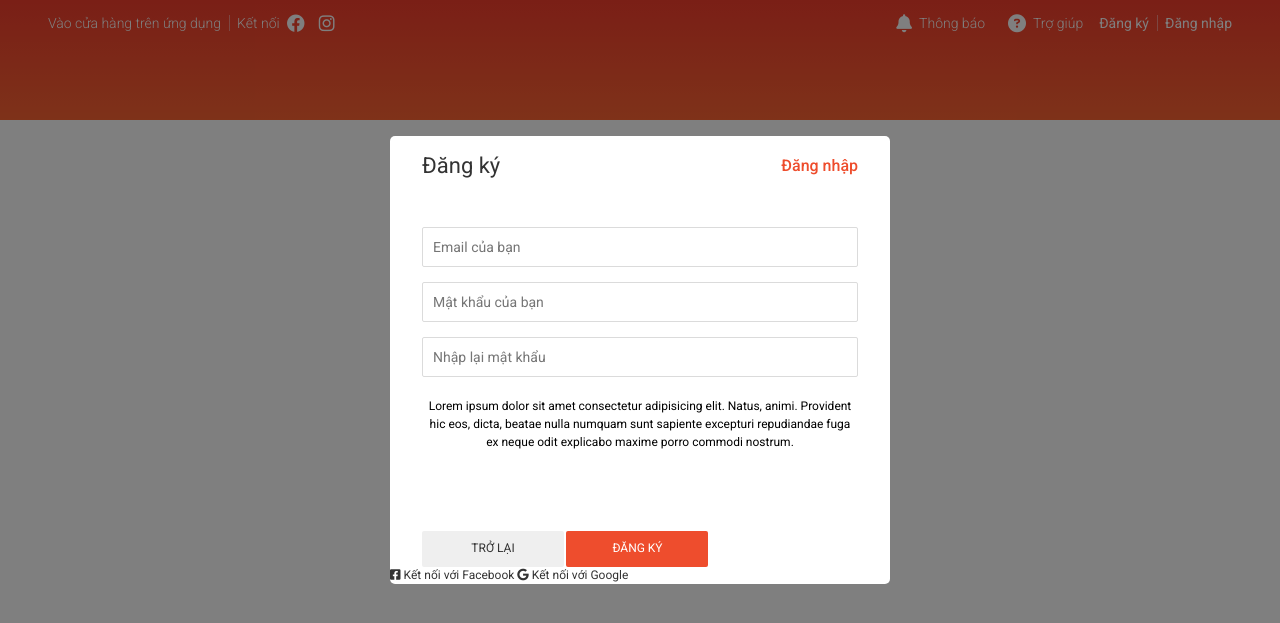
Repository: dptuyen1/F8-Tutorial
Page: index.html
These files come from the project's save history. The page is drawn as it stood at one moment and after the next save; the edit follows.
The browser window is 1280 px wide. The pictures show the whole page.
The pointer rests on the first visible `.btn`.

Above is the page before, as saved 2023-05-08 17:17:11.

### index.html
<!DOCTYPE html>
<html lang="en">
  <head>
    <meta charset="UTF-8" />
    <meta http-equiv="X-UA-Compatible" content="IE=edge" />
    <meta name="viewport" content="width=device-width, initial-scale=1.0" />
    <title>Document</title>
    <link
      rel="stylesheet"
      href="https://cdnjs.cloudflare.com/ajax/libs/normalize/8.0.1/normalize.min.css"
      integrity="sha512-NhSC1YmyruXifcj/KFRWoC561YpHpc5Jtzgvbuzx5VozKpWvQ+4nXhPdFgmx8xqexRcpAglTj9sIBWINXa8x5w=="
      crossorigin="anonymous"
      referrerpolicy="no-referrer"
    />
    <link rel="stylesheet" href="assets/css/base.css" />
    <link rel="stylesheet" href="assets/css/main.css" />
    <link
      rel="stylesheet"
      href="assets/fonts/fontawesome-free-6.4.0-web/css/all.min.css"
    />
    <link rel="preconnect" href="https://fonts.googleapis.com" />
    <link rel="preconnect" href="https://fonts.gstatic.com" crossorigin />
    <link
      href="https://fonts.googleapis.com/css2?family=Roboto:wght@300;400;500;700&display=swap"
      rel="stylesheet"
    />
  </head>

  <body>
    <div class="app">
      <header class="header">
        <div class="grid">
          <nav class="header__navbar">
            <ul class="header__navbar-list">
              <li
                class="header__navbar-item header__navbar-item-has-qr header__navbar-item-separate"
              >
                Vào cửa hàng trên ứng dụng
                <div class="header__qr">
                  <img
                    src="assets/img/qr_code.png"
                    alt="QR Cođe"
                    class="header__qr-img"
                  />
                  <div class="header__qr-apps">
                    <a href="" class="header__qr-link">
                      <img
                        src="assets/img/google_play.png"
                        alt="Google Play"
                        class="header__qr-download-img"
                      />
                    </a>
                    <a href="" class="header__qr-link">
                      <img
                        src="assets/img/app_store.png"
                        alt="App Store"
                        class="header__qr-download-img"
                      />
                    </a>
                  </div>
                </div>
              </li>
              <li class="header__navbar-item">
                <span class="header__navbar-title-no-pointer">Kết nối</span>
                <a href="" class="header__navbar-icon-link">
                  <i class="header__navbar-icon fa-brands fa-facebook"></i>
                </a>
                <a href="" class="header__navbar-icon-link">
                  <i class="header__navbar-icon fa-brands fa-instagram"></i>
                </a>
              </li>
            </ul>
            <ul class="header__navbar-list">
              <li class="header__navbar-item header__navbar-item--has-notify">
                <a href="" class="header__navbar-item-link">
                  <a href="" class="header__navbar-icon-link">
                    <i class="header__navbar-icon fa-solid fa-bell"></i> </a
                  >Thông báo
                </a>
                <div class="header__notify">
                  <header class="header__notify-header">
                    <h3>Thông báo mới nhận</h3>
                  </header>
                  <ul class="header__notify-list">
                    <li class="header__notify-item">
                      <a href="" class="header_notify-link">
                        <img
                          src="assets/img/comestic.jpg"
                          alt=""
                          class="header__notify-img"
                        />
                        <div class="header__notify-info">
                          <span class="header_notify-name"
                            >Mỹ phẩm Ohui chính hãng</span
                          >
                          <span class="header__notify-description"
                            >Mô tả mỹ tả Ohui chính hãng</span
                          >
                        </div>
                      </a>
                    </li>
                    <li class="header__notify-item header__notify-item--read">
                      <a href="" class="header_notify-link">
                        <img
                          src="assets/img/comestic.jpg"
                          alt=""
                          class="header__notify-img"
                        />
                        <div class="header__notify-info">
                          <span class="header_notify-name"
                            >Mỹ phẩm Ohui chính hãng</span
                          >
                          <span class="header__notify-description"
                            >Mô tả mỹ tả Ohui chính hãng</span
                          >
                        </div>
                      </a>
                    </li>
                    <li class="header__notify-item">
                      <a href="" class="header_notify-link">
                        <img
                          src="assets/img/comestic.jpg"
                          alt=""
                          class="header__notify-img"
                        />
                        <div class="header__notify-info">
                          <span class="header_notify-name"
                            >Mỹ phẩm Ohui chính hãng</span
                          >
                          <span class="header__notify-description"
                            >Mô tả mỹ tả Ohui chính hãng</span
                          >
                        </div>
                      </a>
                    </li>
                  </ul>
                  <footer class="header__notify-footer">
                    <a href="" class="header__notify-footer-btn">Xem tất cả</a>
                  </footer>
                </div>
              </li>
              <li class="header__navbar-item">
                <a href="" class="header__navbar-item-link">
                  <a href="" class="header__navbar-icon-link">
                    <i
                      class="header__navbar-icon fa-solid fa-circle-question"
                    ></i></a
                  >Trợ giúp
                </a>
              </li>
              <li
                class="header__navbar-item header__navbar-item-bold header__navbar-item-separate"
              >
                Đăng ký
              </li>
              <li class="header__navbar-item header__navbar-item-bold">
                Đăng nhập
              </li>
            </ul>
          </nav>
        </div>
      </header>

      <div class="container"></div>

      <footer class="footer"></footer>
    </div>

    <!-- Modal layout -->
    <div class="modal">
      <div class="modal__overlay"></div>
      <div class="modal__body">
        <div class="modal__inner"></div>

        <!-- Authenticated Form -->
        <form class="auth-form">
          <div class="auth-form__container">
            <div class="auth-form__header">
              <h3 class="auth_form__heading">Đăng ký</h3>
              <span class="auth_form__switch-btn">Đăng nhập</span>
            </div>
            <div class="auth-form__form">
              <div class="auth-form__group">
                <input
                  type="text"
                  class="auth-form__input"
                  placeholder="Email của bạn"
                />
              </div>
              <div class="auth-form__group">
                <input
                  type="password"
                  class="auth-form__input"
                  placeholder="Mật khẩu của bạn"
                />
              </div>
              <div class="auth-form__group">
                <input
                  type="password"
                  class="auth-form__input"
                  placeholder="Nhập lại mật khẩu"
                />
              </div>
            </div>
            <div class="auth-form__aside">
              <p>
                Lorem ipsum dolor sit amet consectetur adipisicing elit. Natus,
                animi. Provident hic eos, dicta, beatae nulla numquam sunt
                sapiente excepturi repudiandae fuga ex neque odit explicabo
                maxime porro commodi nostrum.
              </p>
            </div>
            <div class="auth-form_controls">
              <button class="btn">TRỞ LẠI</button>
              <button class="btn btn--primary">ĐĂNG KÝ</button>
            </div>
          </div>

          <div class="auth-form_socials">
            <a href="" class="btn btn--with-icon">
              <i class="fa-brands fa-square-facebook"></i>
              Kết nối với Facebook
            </a>
            <a href="" class="btn btn--with-icon">
              <i class="fa-brands fa-google"></i>
              Kết nối với Google
            </a>
          </div>
        </form>
      </div>
    </div>
  </body>
</html>

### assets/css/base.css
:root {
  --primary-color: #ee4d2d;
  --white-color: #fff;
  --black-color: #000;
  --text-color: #333;
  --border-color: #dbdbdb;
}

* {
  box-sizing: inherit;
}

html {
  font-size: 62.5%;
  line-height: 1.6rem;
  font-family: "Roboto", sans-serif;
  box-sizing: border-box;
}

.grid {
  width: 1200px;
  max-width: 100%;
  /* căn giữa */
  margin: 0 auto;
}

.grid__full-width {
  width: 100%;
}

.grid__row {
  display: flex;
  flex-wrap: wrap;
}

/* Modal */
.modal {
  position: fixed;
  top: 0;
  right: 0;
  bottom: 0;
  left: 0;
  display: flex;
}

.modal__overlay {
  position: absolute;
  width: 100%;
  height: 100%;
  background-color: rgba(0, 0, 0, 0.5);
}

.modal__body {
  background-color: var(--white-color);
  margin: auto;
  position: relative;
  z-index: 1;
  border-radius: 5px;
}

.modal__inner {
}

/* Button style */
.btn {
  min-width: 142px;
  height: 36px;
  text-decoration: none;
  border: none;
  border-radius: 2px;
  cursor: pointer;
  padding: 0;
  font-size: 1.2rem;
  color: var(--text-color);
}

.btn.btn--primary {
  color: var(--white-color);
  background-color: var(--primary-color);
}

.btn.btn--disabled {
  color: #ccc;
  cursor: default;
  background-color: #999;
}

/* Animation */
@keyframes fadeIn {
  from {
    opacity: 0;
  }

  to {
    opacity: 1;
  }
}

@keyframes notifyGrowth {
  from {
    opacity: 0;
    transform: scale(0);
  }

  to {
    opacity: 1;
    transform: scale(1);
  }
}

### assets/css/main.css
.header {
  height: 120px;
  background-image: linear-gradient(0, #fe6433, #f53e2d);
}

.header__navbar {
  display: flex;
  justify-content: space-between;
}

.header__navbar-list {
  list-style: none;
  padding-left: 0;
}

.header__navbar-item {
  margin: 0 8px;
  position: relative;
  min-height: 26px;
}

.header__navbar-item-has-qr:hover .header__qr {
  display: block;
}

.header__navbar-item,
.header__navbar-item-link {
  display: inline-block;
  font-size: 1.4rem;
  color: var(--white-color);
  text-decoration: none;
  font-weight: 300;
}

.header__navbar-list,
.header__navbar-item,
.header__navbar-item-link,
.header__navbar-icon-link {
  display: inline-flex;
  align-items: center;
}

.header__navbar-item:hover,
.header__navbar-item-link:hover,
.header__navbar-icon-link:hover {
  color: rgba(255, 255, 255, 0.5);
  cursor: pointer;
}

.header__navbar-item--has-notify:hover .header__notify {
  display: block;
}

.header__navbar-item-bold {
  font-weight: 400;
}

.header__navbar-item-separate::after {
  content: "";
  display: block;
  position: absolute;
  border-left: 1px solid #fb9086;
  height: 16px;
  right: -9px;
  top: 50%;
  transform: translateY(-50%);
}

.header__navbar-icon-link {
  color: var(--white-color);
  text-decoration: none;
}

.header__navbar-icon {
  font-size: 1.8rem;
  margin: 0 7px;
}

.header__navbar-title-no-pointer {
  cursor: text;
  color: var(--white-color);
}

/* Header QR Code  */
.header__qr {
  width: 185px;
  background-color: var(--white-color);
  position: absolute;
  left: 0;
  /* cao bằng thẻ chứa nó */
  top: 150%;
  padding: 8px;
  border-radius: 2px;
  display: none;
  animation: fadeIn ease-in 0.5s;
}

.header__qr::before {
  content: "";
  display: block;
  position: absolute;
  width: 100%;
  height: 20px;
  left: 0;
  top: -20px;
}

.header__qr-img {
  width: 100%;
}

.header__qr-apps {
  display: flex;
  justify-content: space-between;
}

.header__qr-link:first-child {
  margin-left: 11px;
}

.header__qr-link:last-child {
  margin-right: 11px;
}

.header__qr-download-img {
  height: 15px;
}

/* Header notification */

.header__notify {
  position: absolute;
  top: 150%;
  right: 0;
  width: 405px;
  background-color: var(--white-color);
  border: 1px solid #d3d3d3;
  border-radius: 2px;
  cursor: default;
  transform-origin: top right;
  display: none;
  animation: notifyGrowth ease-in 0.5s;
}

.header__notify::before {
  content: "";
  border-width: 20px 30px;
  border-style: solid;
  border-color: transparent transparent var(--white-color) transparent;
  position: absolute;
  right: 0;
  top: -30px;
}

.header__notify::after {
  content: "";
  display: block;
  position: absolute;
  right: 0;
  top: -20px;
  width: 100%;
  height: 20px;
}

.header__notify-header {
  height: 40px;
  background-color: var(--white-color);
}

.header__notify-header h3 {
  color: #999;
  margin: 0 0 0 12px;
  font-weight: 400;
  font-size: 1.4rem;
  line-height: 40px;
}

.header__notify-list {
  padding-left: 0;
}

.header__notify-item {
  display: flex;
}

.header__notify-item:hover {
  background-color: #f7f7f7;
}

.header__notify-item--read {
  background-color: rgba(238, 77, 45, 0.2);
}

.header_notify-link {
  width: 100%;
  display: flex;
  padding: 12px;
  text-decoration: none;
}

.header__notify-img {
  width: 50px;
  object-fit: contain;
}

.header__notify-info {
  margin-left: 12px;
}

.header_notify-name {
  display: block;
  font-size: 1.4rem;
  color: var(--black-color);
  font-weight: 400;
}

.header__notify-description {
  display: block;
  font-size: 1.2rem;
  line-height: 2rem;
  color: #756f6e;
  margin-top: 10px;
}

.header__notify-footer {
  display: flex;
}

.header__notify-footer-btn {
  text-decoration: none;
  color: var(--text-color);
  margin: 0 auto;
  padding: 10px;
  font-size: 1.4rem;
  font-weight: 400;
}

/* Authenticated modal */
.auth-form {
  width: 500px;
}

.auth-form__container {
  padding: 0 32px;
}

.auth-form__header {
  display: flex;
  align-items: center;
  justify-content: space-between;
}

.auth_form__heading {
  font-size: 2.2rem;
  font-weight: 400;
  color: var(--text-color);
}

.auth_form__switch-btn {
  font-size: 1.6rem;
  color: var(--primary-color);
  font-weight: 500;
  cursor: pointer;
}

.auth-form__form {
  margin-top: 16px;
}

.auth-form__group {
}

.auth-form__input {
  width: 100%;
  height: 40px;
  margin-top: 15px;
  padding: 0 10px;
  font-size: 1.4rem;
  border: 1px solid var(--border-color);
  border-radius: 2px;
  outline: none;
}

.auth-form__input:focus {
  border-color: #777;
}

.auth-form__aside {
  margin-top: 20px;
}

.auth-form__aside p {
  font-size: 1.2rem;
  line-height: 1.8rem;
  text-align: center;
}

.auth-form_controls {
  margin-top: 80px;
}

.btn {
}

.btn--primary {
}

.auth-form_socials {
}

.btn--with-icon {
}

.fa-brands {
}

.fa-square-facebook {
}

.fa-google {
}

Loaded but not shown: assets/fonts/fontawesome-free-6.4.0-web/css/all.min.css (library)

After the next save:
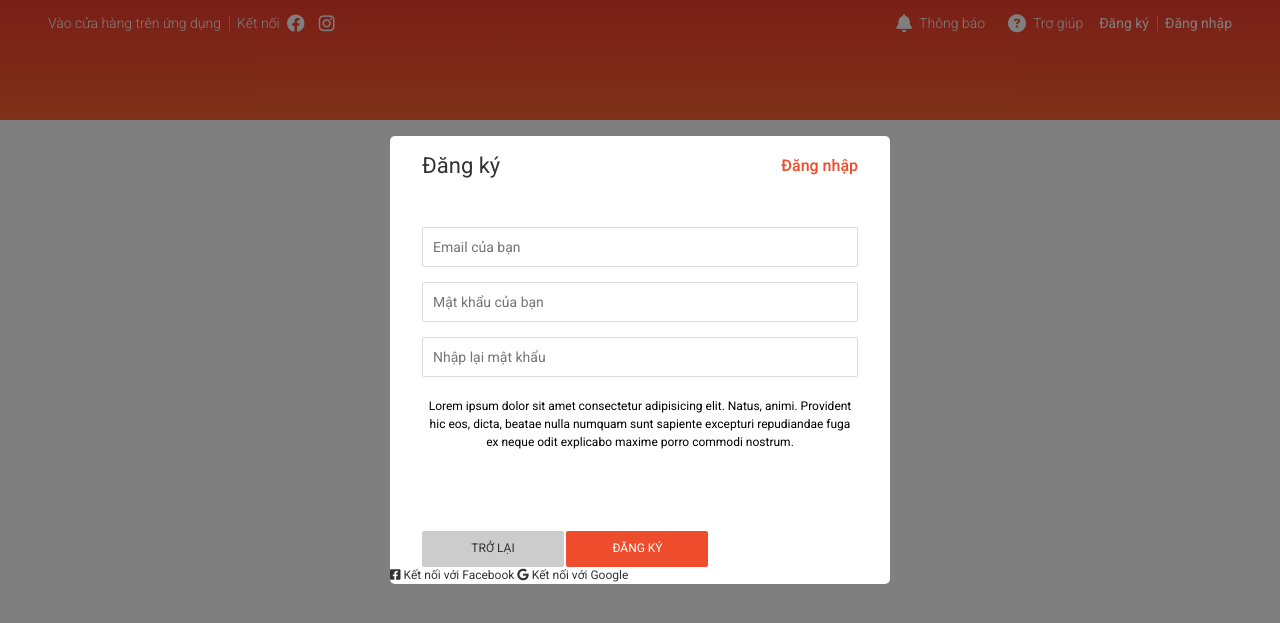
Saved 44 s later.
--- a/assets/css/base.css
+++ b/assets/css/base.css
@@ -74,6 +74,10 @@ html {
   color: var(--text-color);
 }
 
+.btn:hover {
+  background-color: rgba(0, 0, 0, 0.2);
+}
+
 .btn.btn--primary {
   color: var(--white-color);
   background-color: var(--primary-color);
